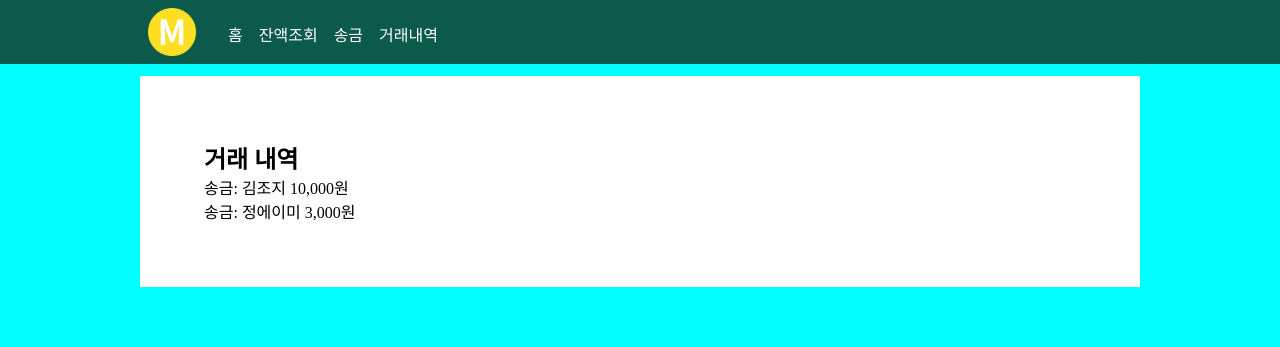
Repository: JiNookk/makaobank
Page: week06/makaoBank/transaction.html
An editor plug-in stored every save of this project. The page is shown before and after the next save, followed by the edit.
The browser window is 1280 px wide. The pictures show the whole page.

Above is the page before, as saved 2022-09-13 17:18:22.

### week06/makaoBank/transaction.html
<!DOCTYPE html>
<html lang="ko">
    <head>
        <meta charset="UTF-8">
        <title>마카오 뱅크</title>
        <!-- <link rel="favicon for makaoBank" href="./resources/logo.png"> favicon나중에 넣어보기-->
        <link rel="stylesheet" href="./css/reset.css">
        <link rel="stylesheet" href="./css/layout.css">
        <link rel="stylesheet" href="./css/elements.css">
    </head>
    <body>
        <header>
            <nav id="nav-item-container">
                <a href="./index.html">
                    <img id="home-logo" alt="makaoBank home Button" src="./resources/logo.png">
                </a>
                <a href="./index.html">홈</a>
                <a href="./amount.html">잔액조회</a>
                <a href="./transfer.html">송금</a>
                <a href="./transaction.html">거래내역</a>
            </nav>
        </header>
        <main>
            <section class="content-container">
               <h1>거래 내역</h1>
               <p>송금: 김조지 10,000원</p>
               <p>송금: 정에이미 3,000원</p>
            </section>
        </main>
    </body>
</html>

### week06/makaoBank/css/reset.css
* {
    box-sizing: border-box;
    margin: 0px;
    padding: 0px;
}

### week06/makaoBank/css/layout.css
body{
    display: grid;
    grid: 4rem 1fr 18fr 1fr / 1fr 500px 500px 1fr;

    grid-template-areas:
    "header header header header"
    ". . . ."
    ". main main ."
    ". . . .";

    color: white;
    background-color: aqua;

    width: 100%;
    height: 100%;
}

#home-contents-container{
    grid: 4rem 20vh 300px 24vh / 1fr 500px 500px 1fr;
    grid-template-areas:
    "header header header header"
    ". . . ."
    ". main main ."
    ". . . .";
}

header{
    grid-column-start: span 4;
    grid-area:header;

    display: grid;
    grid-template-columns: 1fr 500px 500px 1fr;

    height: 4rem;
    background-color: rgb(11,90,76);
}

nav{
    grid-column-start: 2;
    grid-row-start: 1;
}

nav *{
    margin-right: 1rem;
}

main{
    grid-area: main;
}

aside{
    grid-area: aside;
}

### week06/makaoBank/css/elements.css
/* aside>div{
    background-image: url("../resources/saving.png");
    width: 100%;
    height: 100%;
} */

a{
    color: white;
    text-decoration: none;
}

#nav-item-container{
    display: flex;

    align-items: center;

    padding: .5rem;
}

#home-items-container{
    display: flex;
}

#home-logo{
    height: 3rem;
}

#home-description{
    font-size: 1.8rem;

    display: flex;
    flex-direction: column;
    align-items: center;

    width: 500px;
}

#home-description button{
    font-size: .6rem;

    justify-self: center;
    margin: .3rem;
    margin-top: 3rem;

    background-color: rgb(11,90,76);
    color: white;

    width: 160px;
    height: 65px;

    border-radius: 2.3rem;
}

#saving-image{
    width: 72vh;
    height: 40vh;
}

.content-container{
    padding: 4rem;

    background-color: white;
}

.content-container *{
    color: black;
}

After the next save:
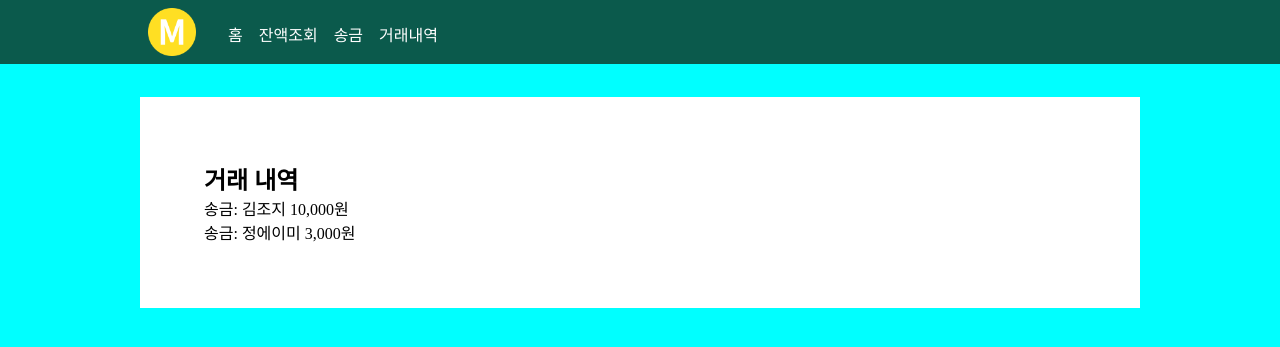
Saved 22 s later.
--- a/week06/makaoBank/css/layout.css
+++ b/week06/makaoBank/css/layout.css
@@ -1,3 +1,8 @@
+html{
+    width: 100%;
+    height: 100%;
+}
+
 body{
     display: grid;
     grid: 4rem 1fr 18fr 1fr / 1fr 500px 500px 1fr;
